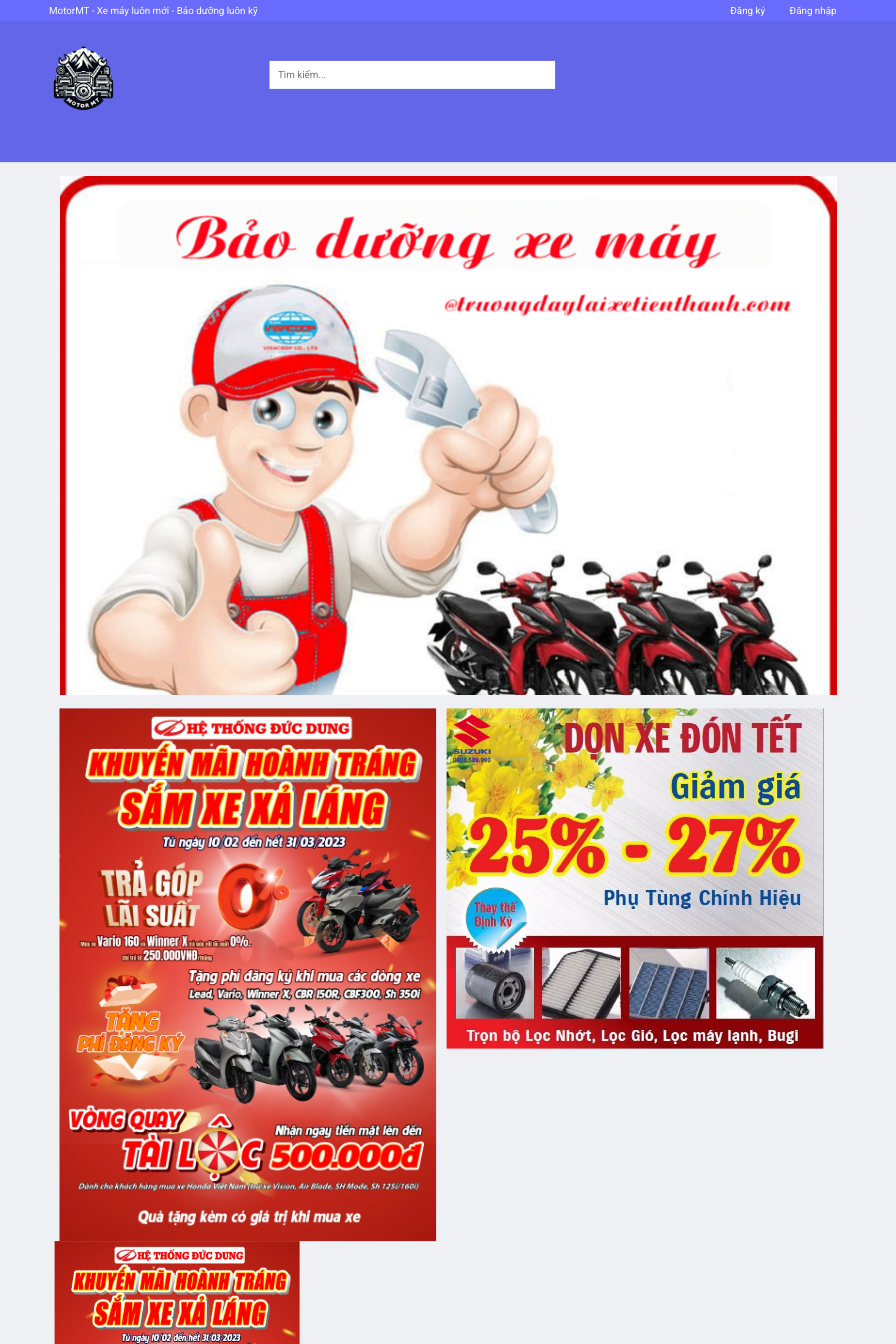
Repository: ThieuDV091002/MotorMaintain
Page: http://localhost/index
An editor plug-in stored every save of this project. The page is shown before and after the next save, followed by the edit.
The browser window is 1280 px wide. The pictures show the part of the page from y = 0 to 1920 px (the page is 2815 px tall before and 1864 px after), at 70% of full size.
Some web fonts or font styles are not loaded; a fallback is used. The page is this project's Thymeleaf template; nobody is signed in. The template is opened directly, without the code that normally fills it, so the values that code supplies are empty.

Above is the page before, as saved 2024-01-29 11:32:12.
Console error: TypeError: Cannot read properties of null (reading 'style')

After the next save:
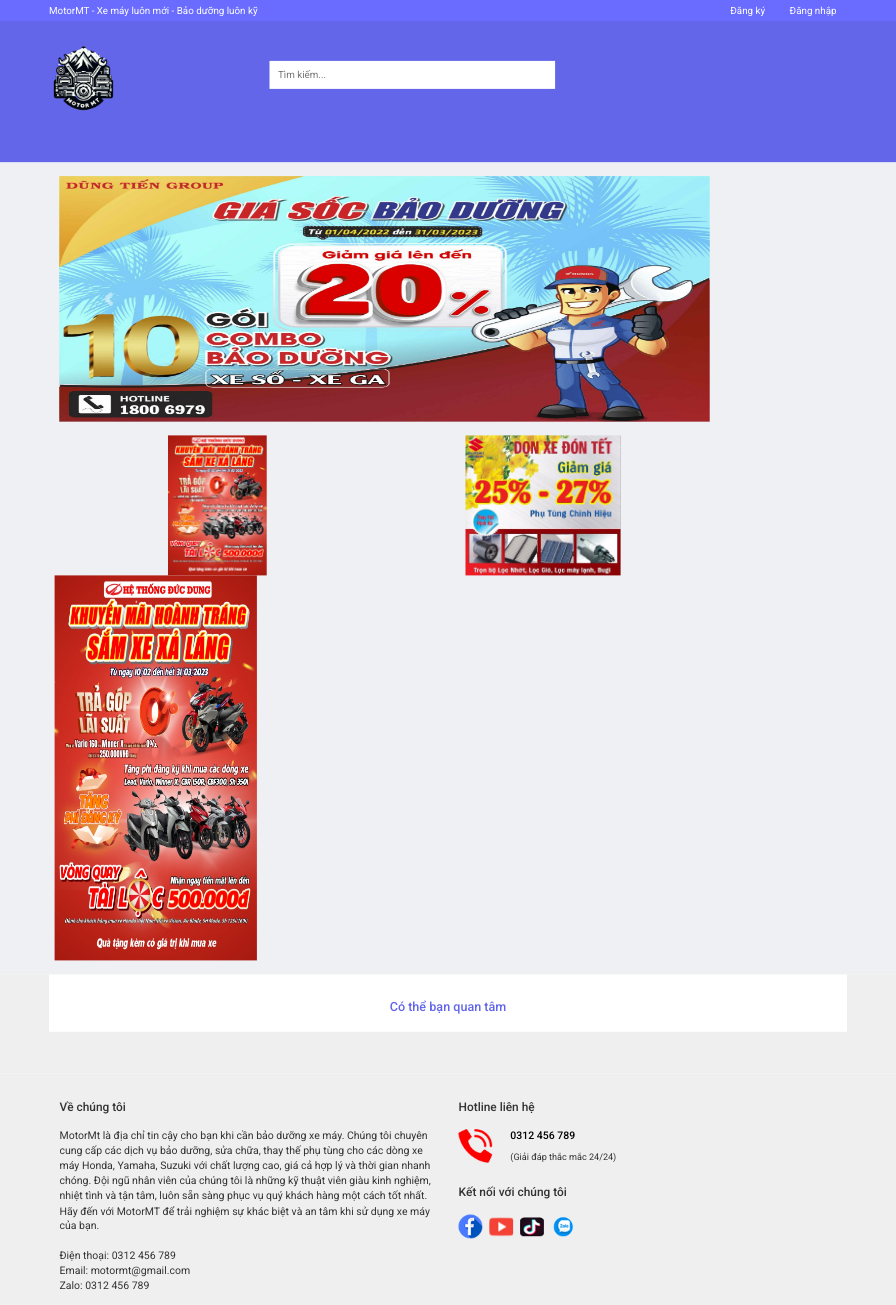
Saved 45 s later.
--- a/MotorMaintainnanceProject/MotorMaintainanceWebParent/MotorMaintainanceFrontEnd/src/main/resources/templates/index.html
+++ b/MotorMaintainnanceProject/MotorMaintainanceWebParent/MotorMaintainanceFrontEnd/src/main/resources/templates/index.html
@@ -120,14 +120,17 @@
 								<div class="carousel-inner">
 									<div class="carousel-item active">
 										<img th:src="@{image/58db1c6ec60f06515f1e-scaled.jpg}"
+											style="height: 350px"
 											 class="d-block w-100" alt="...">
 									</div>
 									<div class="carousel-item">
 										<img th:src="@{image/khuyen-mai-dich-vu-10-goi-combo_1-scaled.jpg}"
+											style="height: 350px"
 											 class="d-block w-100" alt="...">
 									</div>
 									<div class="carousel-item">
 										<img th:src="@{image/bảo-dưỡng-xe-máy.png}"
+											style="height: 350px"
 											 class="d-block w-100" alt="...">
 									</div>
 								</div>
@@ -146,10 +149,12 @@
 							<div class="slide__left-bottom">
 								<div class="slide__left-botom-one">
 									<img th:src="@{image/khuyen-mai-hoanh-trang-sam-xe-xa-lang-1ejis5wd.jpg}"
+										style="height: 200px"
 										 class="slide__left-bottom-one-img">
 								</div>
 								<div class="slide__left-bottom-two">
 									<img th:src="@{image/z1196650932994_2260ec67f8619f292a17ec95c6a2b0c3.png}"
+										style="height: 200px"
 										 class="slide__left-bottom-tow-img">
 								</div>
 							</div>
